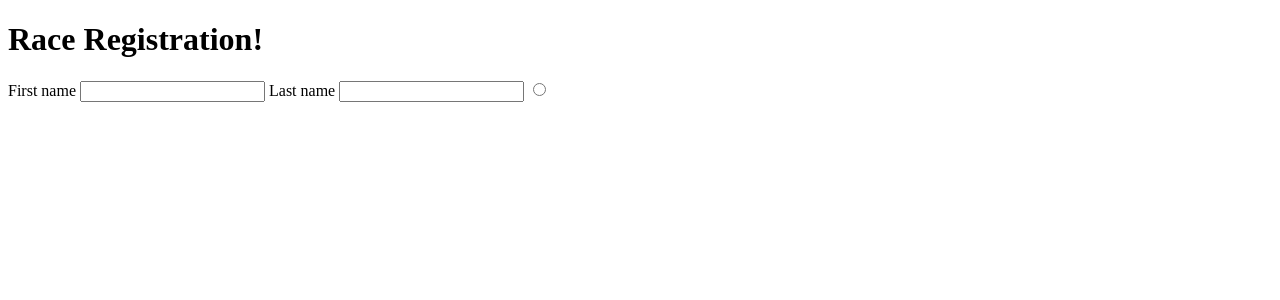
Repository: zhFIsHappy/UdemyFullStack
Page: marathonForm.html
The author's editor kept a copy of each file at every save. The page is drawn from the files as they stood at one save, then again after the next save.
The browser window is 1280 px wide. The pictures show the whole page.

Above is the page before, as saved 2021-12-30 20:56:50.

### marathonForm.html
<!DOCTYPE html>
<html lang="en">
<head>
    <meta charset="UTF-8">
    <meta http-equiv="X-UA-Compatible" content="IE=edge">
    <meta name="viewport" content="width=device-width, initial-scale=1.0">
    <title>Register Form</title>
</head>
<body>
    <h1>Race Registration!</h1>
    <form action = "">
        <label for="first">First name</label>
        <input type="text" id="race" name = "firstname">
        <label for="last">Last name</label>
        <input type="text" id="race" name="lastname">

        <input type="radio" name="race" id="funrun">
    </form>
</body>
</html>

After the next save:
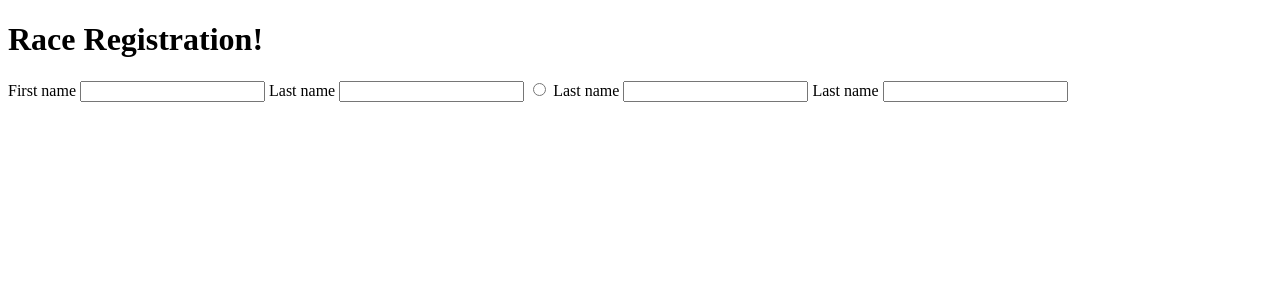
Saved 8 s later.
--- a/marathonForm.html
+++ b/marathonForm.html
@@ -15,6 +15,10 @@
         <input type="text" id="race" name="lastname">
 
         <input type="radio" name="race" id="funrun">
+        <label for="last">Last name</label>
+        <input type="text" id="race" name="lastname">
+        <label for="last">Last name</label>
+        <input type="text" id="race" name="lastname">
     </form>
 </body>
 </html>
